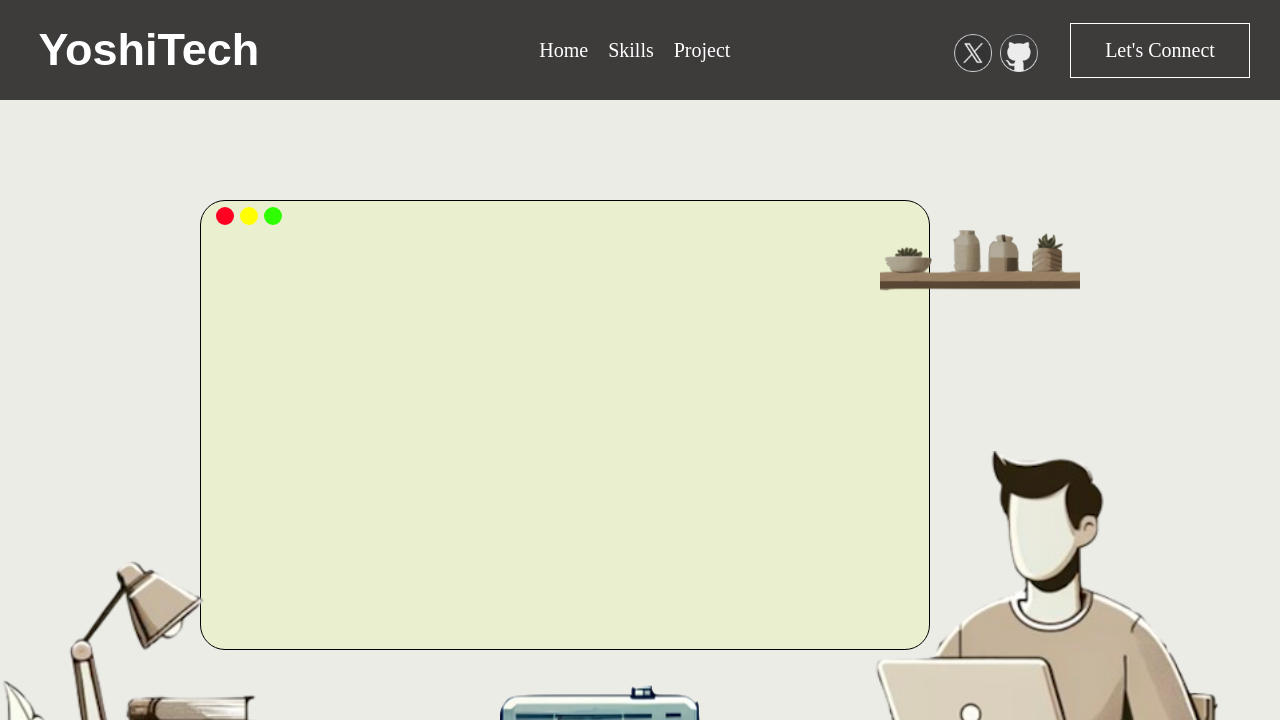
Repository: Yoshiki0418/My_Portfolio
Page: index.html
An editor plug-in stored every save of this project. The page is shown before and after the next save, followed by the edit.
The browser window is 1280 px wide. The pictures show the window.
A layer covers the whole window, so only the first screen is drawn.

Above is the page before, as saved 2024-01-06 13:35:47.

### index.html
<!DOCTYPE html>
<html lang="ja">
<head>
    <meta charset="UTF-8">
    <meta name="viewport" content="width=device-width, initial-scale=1.0">
    <title>Document</title>
    <link rel="stylesheet" type="text/css" href="style.css">
</head>
<body>
    <header>
        <h1 class="Logo">YoshiTech</h1>
        <div class="page_changer">
            <a class="changer_font">Home</a>
            <a class="changer_font">Skills</a>
            <a class="changer_font">Project</a>
        </div>
        <div class="sns_container">
            <a><img src="static/image/X.png" class="sns_pic"></a>
            <a><img src="static/image/GitHub.png" class="sns_pic"></a>
        </div>
        <div class="connect_container">
            <a class="connect_font">Let's Connect</a>
        </div>
    </header>
    <main>
        <section class="hero_section">
            <div class="monitor_container">
                <div class="circle_container">
                    <div class="circle1"></div>
                    <div class="circle2"></div>
                    <div class="circle3"></div>
                </div>
            </div>
            <img class="background2" src="static/image/4.png">
            <img class="background_sub" src="static/image/2.png">
            <img class="background" src="static/image/1.png">
        </section>
        <section class="project_section">
            <h1 class="topic_title">Project</h1>
            <p class="project_description">
                Here is a showcase of my past works, featuring a variety of projects across different platforms such as Web, iOS, and Android. Each project is a testament to my commitment to quality and innovation in software development. Scroll to explore the projects and learn more about the technologies and design principles that were applied.
            </p>
            <div class="select_topic">
                <div id="web" class="select_block"><h2>Web</h2></div>
                <div id="ios" class="select_block"><h2>iOS</h2></div>
                <div id="andoroid" class="select_block"><h2>Andoroid</h2></div>
            </div>
            <div class="projects_show_space">
                <img class="project_image" src="static/image/project1.png">
                <img class="project_image" src="static/image/project2.png">
            </div>
        </section>
    </main>

</body>
</html>

### style.css
*{
    margin: 0;
    padding: 0;
    box-sizing: border-box;
}

header {
	display: flex;
	align-items: center;
    width: 100%;
    height: 100px;
	background-color: #3E3B3B;
    position: fixed;
    z-index: 10;
}

.Logo{
    margin-left: 3%;
    color: white;
    font-family: 'Comic Sans MS', 'Arial Rounded MT Bold', sans-serif;
    font-size: 45px;
}

.page_changer{
    display: flex;
	align-items: center;
    padding: 20px;
    margin-left: 250px;
    margin-right: 250px;
}

.changer_font{
    color: white;
    margin: 10px;
    font-size: 20px;
}

.connect_font{
    color: white;
    font-size: 20px;
}

.connect_container{
    position: absolute;
    right: 30px;
    width: 180px;
    height: 55px;
    border: 1px solid white;
    display: flex;
    align-items: center;
    justify-content: center;
}

.sns_pic{
    width: 38px;
    height: auto;
    margin: 2px;
}

.sns_container{
    margin-top: 10px;
    position: absolute;
    right: 240px;
}

.hero_section{
    top: 100px;
    background-color: #ECECE7;
    width: 100%;
    height: 700px;
    position: fixed;
    z-index: 2;
}

.monitor_container{
    background-color: #E9EFCF;
    width: 730px;
    height: 450px;
    margin-left: 200px;
    border: 1px solid rgb(0, 0, 0);
    position: absolute;
    top: 100px;
    border-radius: 25px;
    display: flex;
    flex-wrap: wrap;
}

.circle_container{
	display: flex;
	flex-wrap: wrap;
    position: absolute;
    top: 6px;
    left: 15px;
}

.background{
    position: absolute;
    bottom: 0px;
    width: 100%;
    height: auto;
}

.background_sub{
    position: absolute;
    bottom: 30px;
    left: 500px;
    width: 200px;
    height: auto;
}

.background2{
    position: absolute;
    top: 130px;
    right: 200px;
    width: 200px;
    height: auto;
}

.circle1 {
    width: 18px;
    height: 18px;
    border-radius: 50%;
    background-color: rgb(255, 0, 34);
    margin-right: 6px;
}

.circle2 {
    width: 18px;
    height: 18px;
    border-radius: 50%;
    background-color: rgb(255, 255, 0);
    margin-right: 6px;
}

.circle3 {
    width: 18px;
    height: 18px;
    border-radius: 50%;
    background-color: rgb(47, 255, 0);
}

.project_section{
    background-color: #F9F9F9;
    width: 100%;
    top: 800px;
    height: 700px;
    position: relative;
    z-index: 3;
    display: flex;
    flex-wrap: wrap;
    justify-content: center;
}

.topic_title{
    position: absolute;
    font-size: 30px;
    margin-top: 30px;
    text-align: center;
}

.project_description {
    font-size: 16px; /* Adjust the font size as needed */
    color: #333; /* Adjust the font color as needed */
    max-width: 920px; /* Adjust the width as needed */
    position: absolute;
    top: 100px;
    text-align: center;
}

.select_topic{
    display: flex;
    flex-wrap: wrap;
    position: absolute;
    top: 200px;
}

.select_block{
    background-color: #3E3B3B;
    width: 280px;
    height: 70px;
    border: 1px solid white;
    display: flex;
    flex-wrap: wrap;
    justify-content: center;
    align-items: center;
}

#web{
    border-radius: 40px 0px 0px 40px;
}

#andoroid{
    border-radius: 0px 40px 40px 0px;
}

.select_block h2{
    color: #F9F9F9;
}

.projects_show_space{
    display: flex;
    flex-wrap: wrap;
    justify-content: space-between;
    position: absolute;
    top: 300px;
}

.project_image{
    width: 45%;
    height: auto;
    border: 1px solid rgba(52, 52, 52, 0.381);
    border-radius: 30px;
}

After the next save:
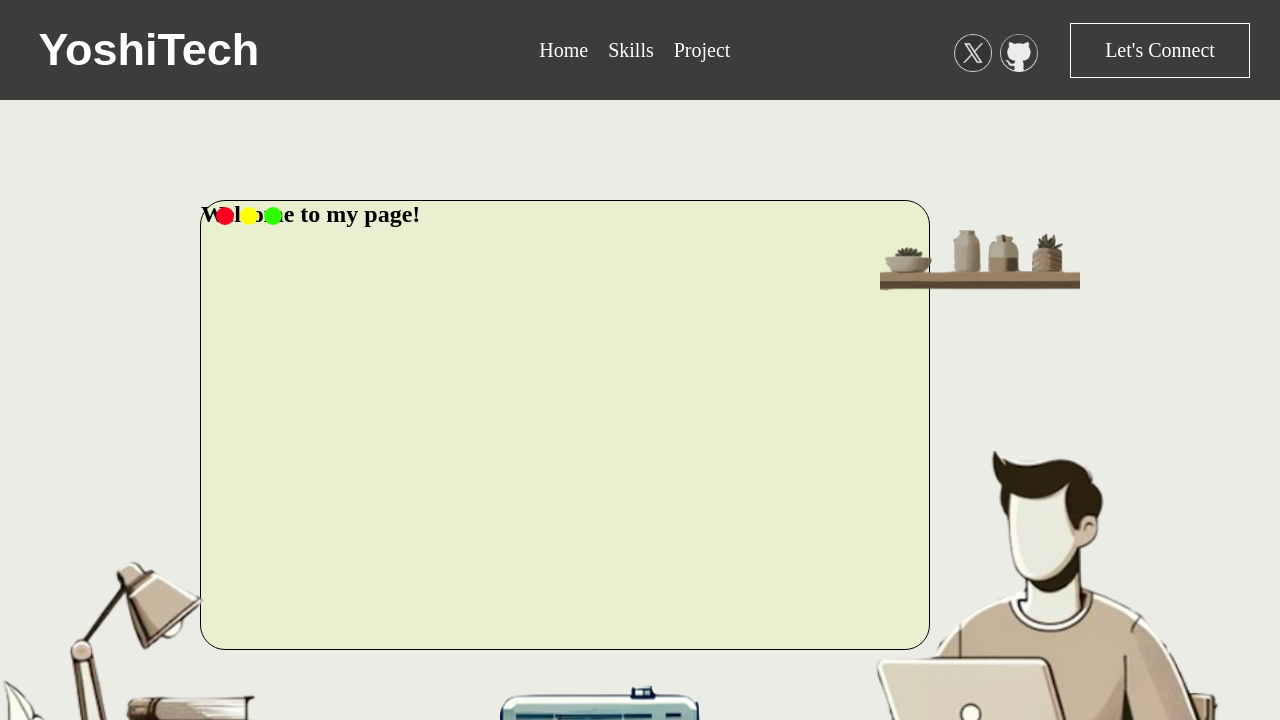
Saved 6 min 53 s later.
--- a/index.html
+++ b/index.html
@@ -30,6 +30,7 @@
                     <div class="circle2"></div>
                     <div class="circle3"></div>
                 </div>
+                <h2>Welcome to my page!</h2>
             </div>
             <img class="background2" src="static/image/4.png">
             <img class="background_sub" src="static/image/2.png">

After the save that followed:
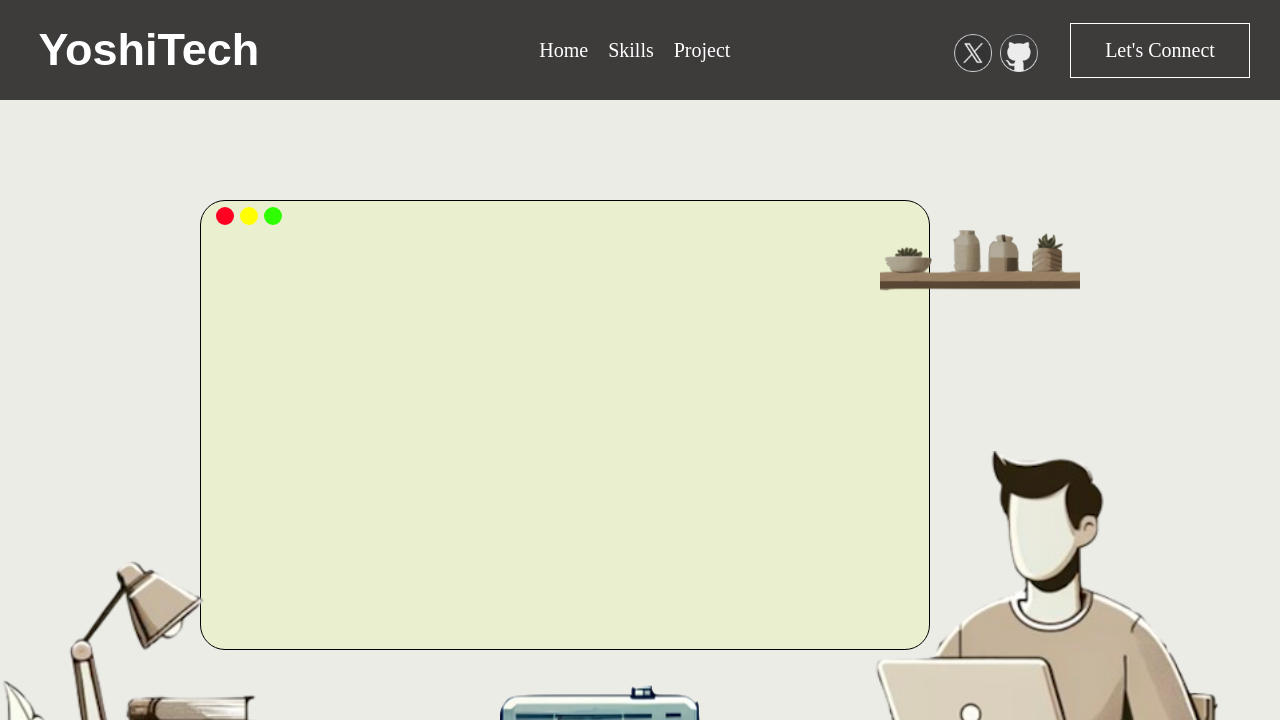
Saved 2 min 29 s later.
--- a/index.html
+++ b/index.html
@@ -30,7 +30,7 @@
                     <div class="circle2"></div>
                     <div class="circle3"></div>
                 </div>
-                <h2>Welcome to my page!</h2>
+                <h2 id="typed-text"></h2>
             </div>
             <img class="background2" src="static/image/4.png">
             <img class="background_sub" src="static/image/2.png">
